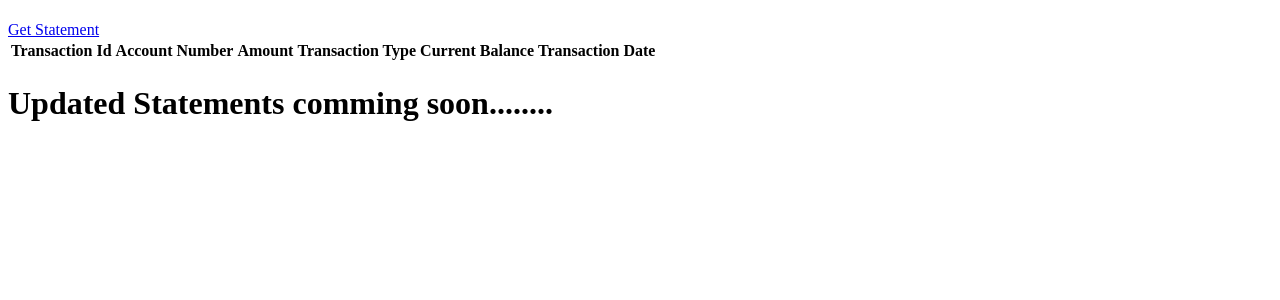
Repository: tejeskhandagale400/Bankapp_Circuit_Breaker
Page: http://localhost/website/WEB-INF/jsp/statements.jsp
An editor plug-in stored every save of this project. The page is shown before and after the next save, followed by the edit.
The browser window is 1280 px wide. The pictures show the whole page.
The page is served by Tomcat 9. Nobody is signed in. The template is opened directly, without the code that normally fills it, so the values that code supplies are empty.

Above is the page before, as saved 2019-01-25 13:45:12.

After the next save:
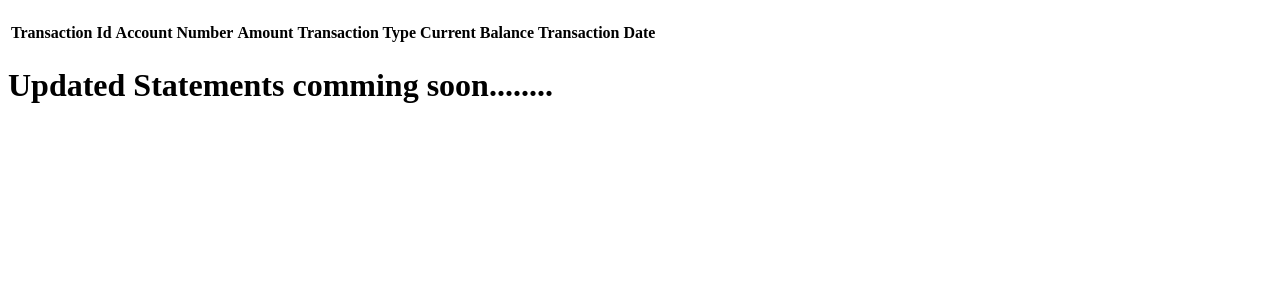
Saved 39 s later.
--- a/website/src/main/webapp/WEB-INF/jsp/statements.jsp
+++ b/website/src/main/webapp/WEB-INF/jsp/statements.jsp
@@ -13,7 +13,7 @@
 
 
 <div>
-	<a href="statement?offset=1&size=5">Get Statement</a>
+<!-- 	<a href="statement?offset=1&size=5">Get Statement</a> -->
 </div>
 <div>
 	<table>
